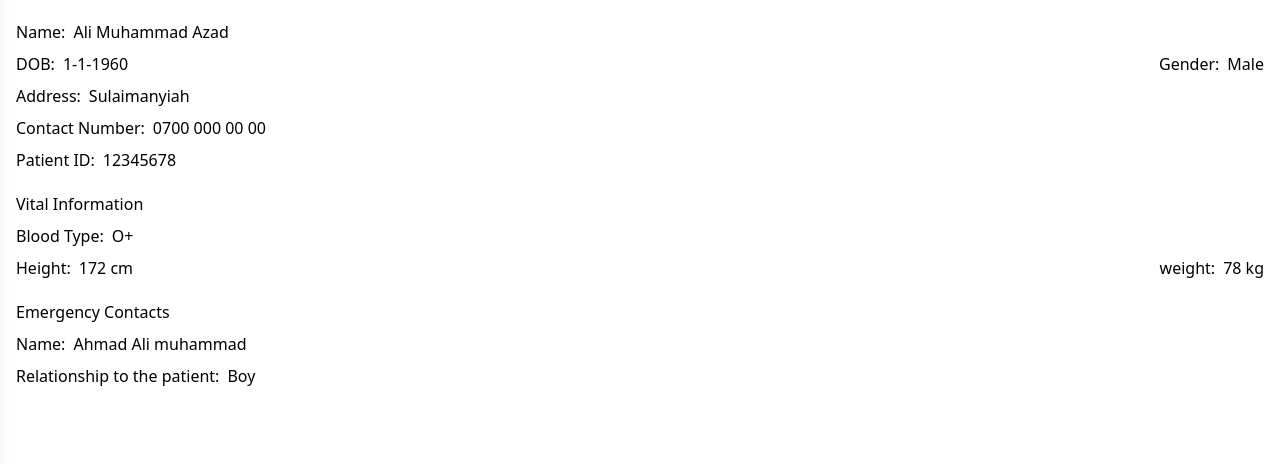
Repository: Sanaa00/HI-user
Page: /
An editor plug-in stored every save of this project. The page is shown before and after the next save, followed by the edit.
The browser window is 1280 px wide. The pictures show the part of the page from y = 336 to 800 px (the page is 800 px tall).
The project was rebuilt for these pictures with package versions that can differ from the ones it lists, and the page was loaded fresh each time. Also part of the build but not shown: vite.config.js, src/App.css, src/Pages/Test.jsx.

Above is the page before, as saved 2024-01-10 21:48:37.

### src/main.jsx
import React from 'react';
import ReactDOM from 'react-dom/client';
import App from './App.jsx';
import './index.css';
import { BrowserRouter } from 'react-router-dom';

ReactDOM.createRoot(document.getElementById('root')).render(
  <React.StrictMode>
    <BrowserRouter>
      {/* <Provider store={store}> */}
      <App />
      {/* </Provider>{' '} */}
    </BrowserRouter>
  </React.StrictMode>,
);

### src/App.jsx
import { Route, Routes } from 'react-router-dom';
import './App.css';
import Home from './Pages/Home';
import Test from './Pages/Test';
import Navbar from './Components/Navbar';

function App() {
  return (
    <>
      <Navbar />
      <Routes>
        <Route path="/" element={<Home />}>
          <Route path="/test" element={<Test />} />
          {/* <Route path="products" element={<Products />} />
          <Route path="setting" element={<Setting />} />
          <Route path="hide" element={<HideProducts />} /> */}
        </Route>
      </Routes>
    </>
  );
}

export default App;

### src/Pages/Home.jsx
function Home() {
  return (
    <div className="mt-20 h-screen p-4">
      <img
        className="object-cover w-full rounded-md h-60 "
        src="https://images.unsplash.com/photo-1504257432389-52343af06ae3?q=80&w=1887&auto=format&fit=crop&ixlib=rb-4.0.3&ixid=M3wxMjA3fDB8MHxwaG90by1wYWdlfHx8fGVufDB8fHx8fA%3D%3D"
        alt="user"
      />
      <div className="mt-5">
        <span>Name:</span>
        <span className="ml-2">Ali Muhammad Azad</span>
      </div>{' '}
      <div className="mt-2 flex justify-between items-center">
        <span>
          {' '}
          <span>DOB:</span>
          <span className="ml-2">1-1-1960</span>
        </span>{' '}
        <span>
          {' '}
          <span>Gender:</span>
          <span className="ml-2">Male</span>
        </span>
      </div>{' '}
      {/* ******************** */}
      <div className="mt-2 flex justify-between items-center">
        <span>
          {' '}
          <span>Address:</span>
          <span className="ml-2">Sulaimanyiah</span>
        </span>
      </div>
      {/* ****************** */}
      <div className="mt-2 flex justify-between items-center">
        <span>
          {' '}
          <span>Contact Number:</span>
          <span className="ml-2">0700 000 00 00</span>
        </span>{' '}
      </div>{' '}
      <div className="mt-2 flex justify-between items-center">
        <span>
          {' '}
          <span>Patient ID:</span>
          <span className="ml-2">12345678</span>
        </span>{' '}
      </div>
      {/* **********vital information*********** */}
      <div className="mt-5">Vital Information</div>
      <div className="mt-2 flex justify-between items-center">
        <span>
          {' '}
          <span>Blood Type:</span>
          <span className="ml-2">O+</span>
        </span>{' '}
      </div>{' '}
      <div className="mt-2 flex justify-between items-center">
        <span>
          {' '}
          <span>Height:</span>
          <span className="ml-2">172 cm</span>
        </span>{' '}
        <span>
          {' '}
          <span>weight:</span>
          <span className="ml-2">78 kg</span>
        </span>{' '}
      </div>{' '}
      {/* ***************Emergency Contacts********** */}
      <div className="mt-5">Emergency Contacts</div>
      <div className="mt-2 flex justify-between items-center">
        <span>
          {' '}
          <span>Name:</span>
          <span className="ml-2">Ahmad Ali muhammad</span>
        </span>{' '}
      </div>{' '}
      <div className="mt-2 flex justify-between items-center">
        <span>
          {' '}
          <span>Relationship to the patient:</span>
          <span className="ml-2">Boy</span>
        </span>{' '}
      </div>
    </div>
  );
}

export default Home;

### src/Components/Navbar.jsx
import { useState } from 'react';
import { Link, NavLink } from 'react-router-dom';

function Navbar() {
  const [open, setOpen] = useState(false);
  return (
    <div className="flex text-neutral-700 top-0 z-50 fixed px-4 justify-between items-center bg-white h-16 w-full">
      <div
        className={` flex justify-between hover:bg-opacity-80 duration-500 hover:duration-500 items-center w-full h-full text-lg font-bold`}
      >
        <button onClick={() => setOpen(!open)} className="">
          menu
          {/* <GiHamburgerMenu className="w-8 object-cover h-9 text-orange" /> */}
        </button>{' '}
        <div
          className={` bg-white rounded-sm  flex flex-col fixed w-3/5 lg:w-96 top-0 z-40 left-0 shadow-lg transform duration-500 ease-in-out ${
            open ? 'translate-x-0' : '-translate-x-full'
          }`}
        >
          <button
            onClick={() => setOpen(!open)}
            className="mt-8 mb-2 left-0 px-4 flex h-16"
          >
            close
            {/* <IoCloseCircle className="text-orange justify-end w-8 object-cover h-8 self-end" /> */}
          </button>

          <div className="w-full h-screen flex flex-col text-orange p-4">
            <Link to="/" onClick={() => setOpen(!open)} className="py-3">
              Home
            </Link>
            <Link to="/skills" onClick={() => setOpen(!open)} className="py-3">
              Skills
            </Link>
            <Link
              to="/projects"
              onClick={() => setOpen(!open)}
              className="py-3"
            >
              Projects
            </Link>
          </div>
        </div>
      </div>
      <NavLink to="/" className="ml-2 font-bold">
        Name
      </NavLink>
    </div>
  );
}

export default Navbar;

Loaded but not shown: index.html (common file); src/index.css (common file); tailwind.config.js (common file)

After the next save:
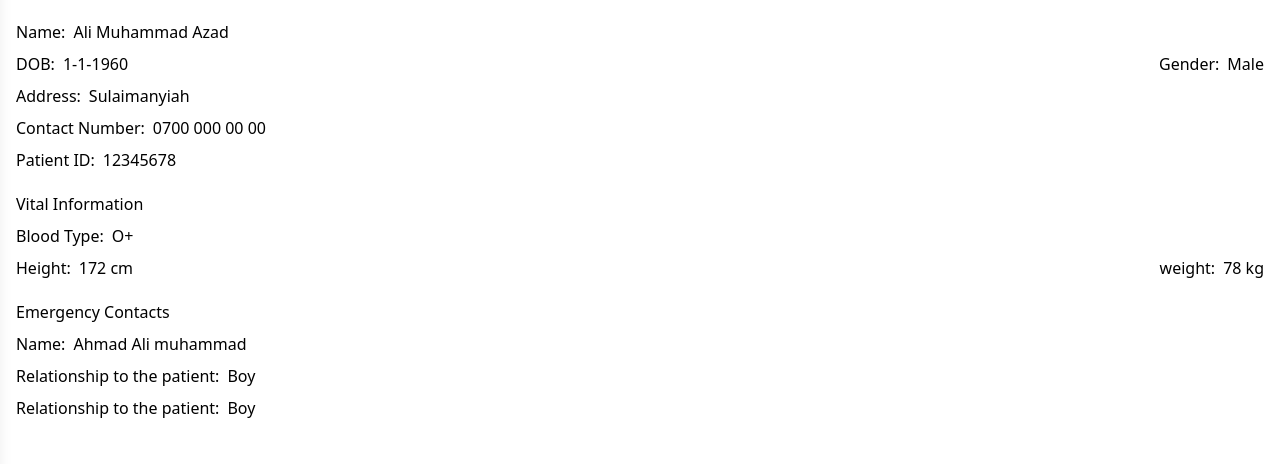
Saved 77 s later.
--- a/src/Pages/Home.jsx
+++ b/src/Pages/Home.jsx
@@ -81,6 +81,13 @@ function Home() {
           <span>Relationship to the patient:</span>
           <span className="ml-2">Boy</span>
         </span>{' '}
+      </div>{' '}
+      <div className="mt-2 flex justify-between items-center">
+        <span>
+          {' '}
+          <span>Relationship to the patient:</span>
+          <span className="ml-2">Boy</span>
+        </span>{' '}
       </div>
     </div>
   );
